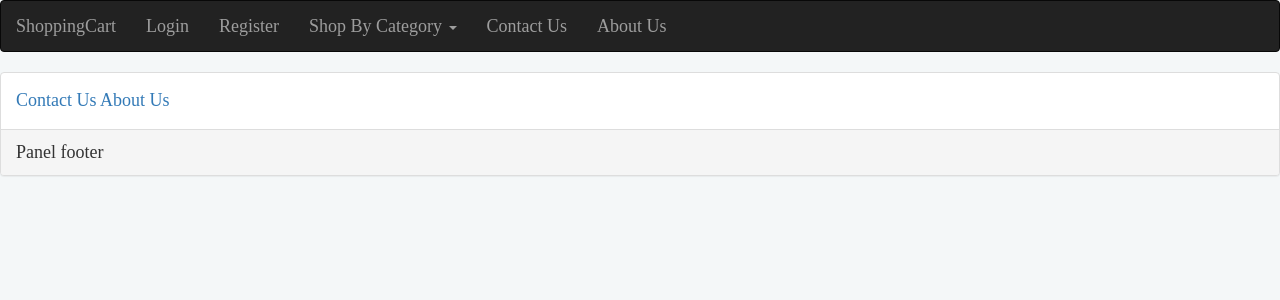
Repository: KaustubhKamat/ShoppingCartProject
Page: http://localhost/NewShoppingCart/WEB-INF/views/Home.jsp
These files come from the project's save history. The page is drawn as it stood at one moment and after the next save; the edit follows.
The browser window is 1280 px wide. The pictures show the whole page.
Some web libraries are served in a nearby version. The page is served by Tomcat 9. Nobody is signed in. The template is opened directly, without the code that normally fills it, so the values that code supplies are empty.

Above is the page before, as saved 2016-12-27 17:00:00.

After the next save:
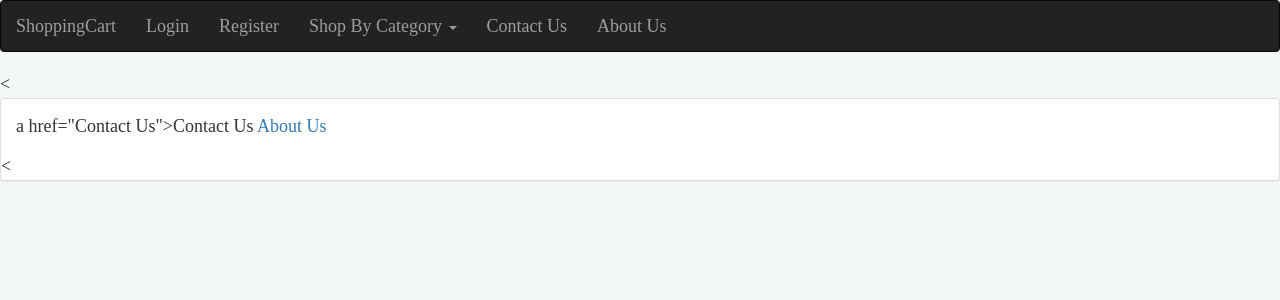
Saved 70 s later.
--- a/NewShoppingCart/src/main/webapp/WEB-INF/views/Home.jsp
+++ b/NewShoppingCart/src/main/webapp/WEB-INF/views/Home.jsp
@@ -50,15 +50,7 @@
   <img src="Ciaz.jpg" width="1000" height="1000">
 </div> -->
 
-<div class="panel panel-default">
-  <div class="panel-body">
-    <a href="Contact Us">Contact Us</a>
-  <a href="About Us">About Us</a>
-  </div>
-  <div class="panel-footer">Panel footer</div>
-</div>
-
-
+<
 	${SuccessMessage}
 	<c:if test="${showLoginPage}">
 		<jsp:include page="Login.jsp"></jsp:include>
@@ -69,5 +61,13 @@
 <jsp:include page="Registration.jsp"></jsp:include>
 	</c:if>
 
+<div class="panel panel-default">
+  <div class="panel-body">
+  a href="Contact Us">Contact Us</a> </li>
+		    <a href="About Us">About Us</a> </li>
+  </div>
+
+<
+
 </body>
 </html>
